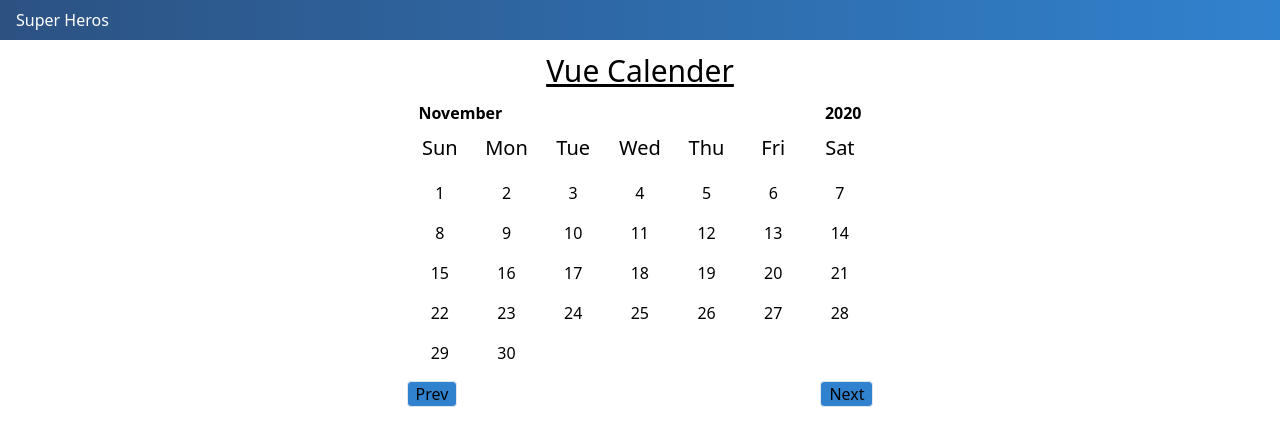
Repository: kshvkndl/VueFullCoursePractice
Page: /slider
The author's editor kept a copy of each file at every save. The page is drawn from the files as they stood at one save, then again after the next save.
The browser window is 1280 px wide. The pictures show the whole page.
The project was rebuilt for these pictures with package versions that can differ from the ones it lists, and the page was loaded fresh each time.

Above is the page before, as saved 2020-11-19 09:45:15.

### src/App.vue
<template>
  <AppHeader></AppHeader>
  <!-- <SuperHeros></SuperHeros> -->
  <div class="w-full flex">
    <Calender></Calender>
  </div>
</template>

<script>
import AppHeader from "@/components/AppHeader";
// import SuperHeros from "@/components/SuperHeros";
import Calender from "@/components/Calender";
export default {
  components: { AppHeader, Calender },
};
</script>

### src/components/AppHeader.vue
<template>
  <nav
    class="w-full bg-gradient-to-r from-blue-800 to-blue-600 text-white px-4 py-2"
  >
    <a href="#">Super Heros</a>
  </nav>
</template>


<script>
export default {};
</script>

### src/components/Calender.vue
<template >
  <div class="m-auto">
    <h1 class="text-3xl my-2 text-center"><u>Vue Calender</u></h1>
    <section class="flex justify-between mx-3">
      <p class="font-bold">{{ currentMonthName }}</p>
      <p class="font-bold">{{ currentYear }}</p>
    </section>

    <section class="flex">
      <p
        class="h-10 text-center text-xl my-2"
        style="width: 14.28%"
        v-for="day in days"
        :key="day"
      >
        {{ day }}
      </p>
    </section>

    <section class="flex flex-wrap">
      <p
        class="h-10 text-center"
        style="width: 14.28%"
        v-for="num in startDay()"
        :key="num"
      ></p>
      <p
        class="h-10 text-center"
        style="width: 14.28%"
        v-for="num in daysInMonth(currentYear, currentMonth)"
        :key="num"
      >
        {{ num }}
      </p>
    </section>

    <section class="flex justify-between">
      <button class="px-2 border rounded bg-blue-600">Prev</button>
      <button class="px-2 border rounded bg-blue-600">Next</button>
    </section>
  </div>
</template>


//scripts
<script>
export default {
  data() {
    return {
      currentMonth: new Date().getMonth() + 1,
      currentMonthName: new Date().toLocaleString("default", { month: "long" }),
      currentYear: new Date().getFullYear(),
      days: ["Sun", "Mon", "Tue", "Wed", "Thu", "Fri", "Sat"],
    };
  },

  methods: {
    daysInMonth(year, month) {
      return new Date(year, month, 0).getDate();
    },

    startDay() {
      return new Date(this.currentYear, this.currentMonth - 1, 1).getDay();
    },
  },
};
</script>

Loaded but not shown: public/index.html (common file); src/main.js (common file); src/assets/style.css (common file); tailwind.config.js (common file)

After the next save:
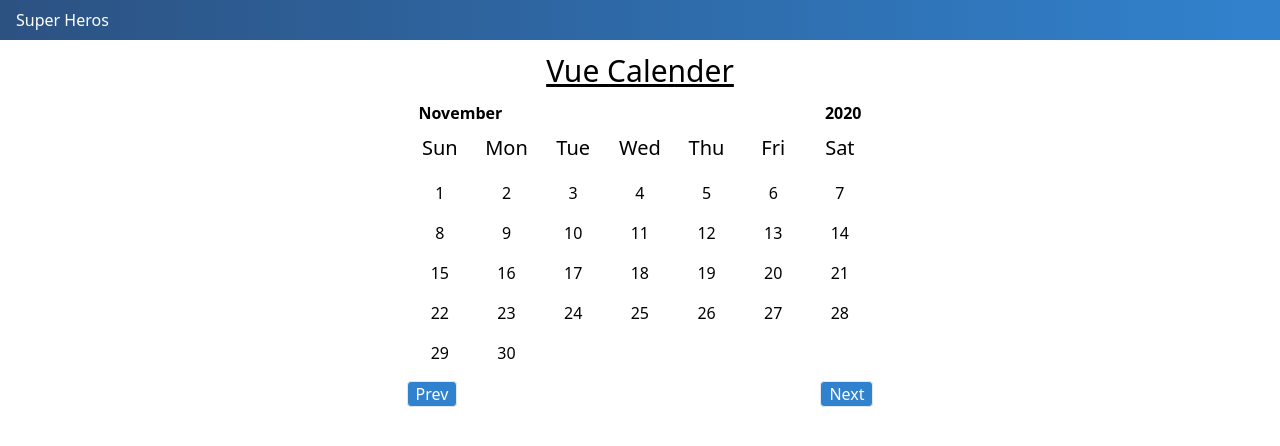
Saved 8 s later.
--- a/src/components/Calender.vue
+++ b/src/components/Calender.vue
@@ -34,7 +34,7 @@
       </p>
     </section>
 
-    <section class="flex justify-between">
+    <section class="flex justify-between text-white">
       <button class="px-2 border rounded bg-blue-600">Prev</button>
       <button class="px-2 border rounded bg-blue-600">Next</button>
     </section>
